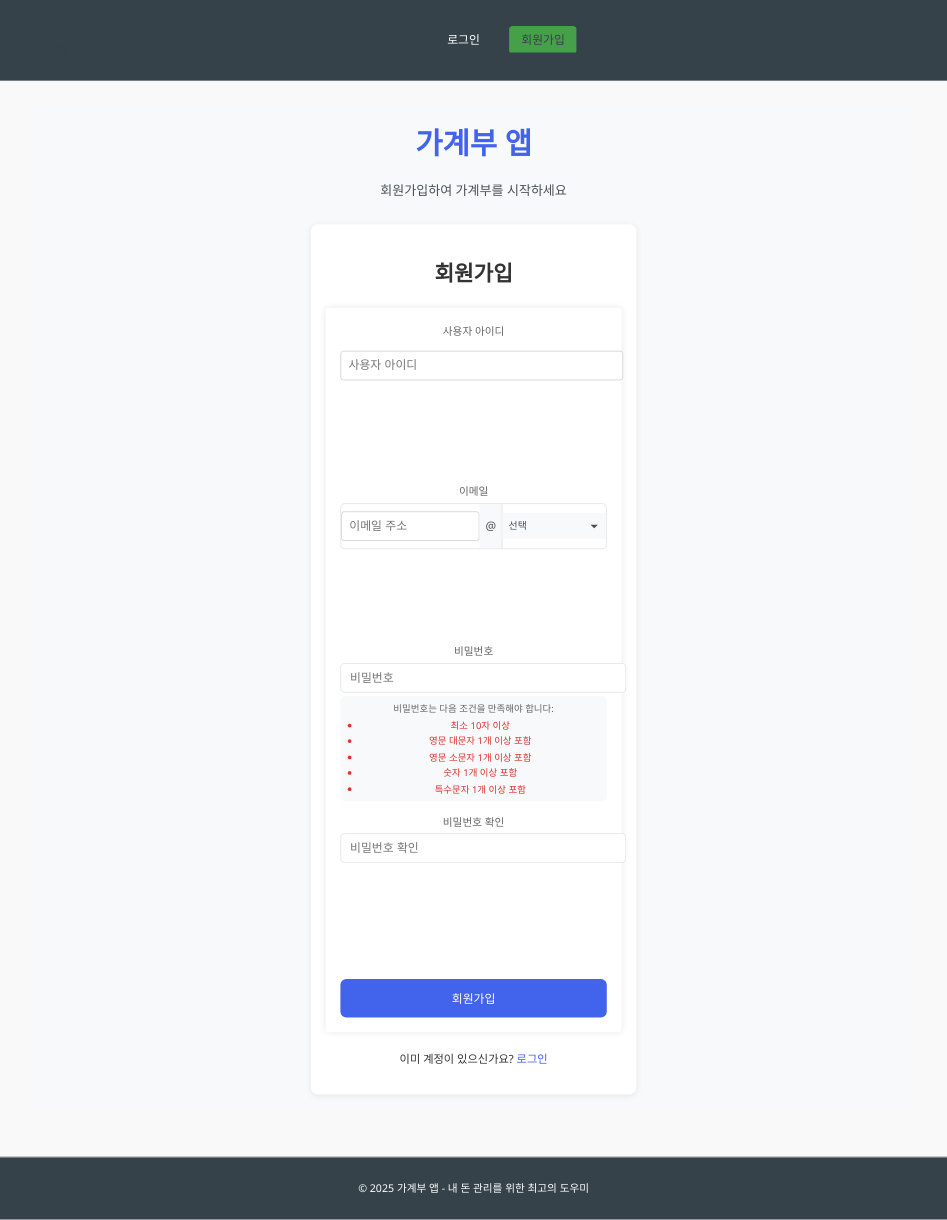
Repository: dldnwls07/Register_Login_Form
Page: /register
An editor plug-in stored every save of this project. The page is shown before and after the next save, followed by the edit.
The browser window is 1280 px wide. The pictures show the whole page, at 74% of full size.
The project was rebuilt for these pictures with package versions that can differ from the ones it lists, and the page was loaded fresh each time. Also part of the build but not shown: src/components/Summary.jsx, src/styles/pages/MainPage.css, src/pages/MainPage.jsx, src/utils/categoryData.js, src/components/CategorySelector.jsx, src/components/EntryForm.jsx, src/components/EntryTable.jsx, src/components/SearchBar.jsx and 15 more.

Above is the page before, as saved 2025-05-23 14:14:49.

### public/index.html
<!DOCTYPE html>
<html lang="en">
<head>
    <meta charset="UTF-8">
    <meta name="viewport" content="width=device-width, initial-scale=1.0">
    <title>My Money App</title>
</head>
<body>
    <div id="root"></div>
</body>
</html>

### src/styles/App.css
/* Added CSS variables for theme */
:root {
  --background-light: #f9f9f9;
  --background-dark: #121212;
  --text-light: #333;
  --text-dark: #eee;
  --primary-color: #35424a;
  --accent-color: #45a049;
  --border-radius: 5px;
  --box-shadow: 0 0 10px rgba(0, 0, 0, 0.1);
}

body {
  font-family: 'Segoe UI', Tahoma, Geneva, Verdana, sans-serif;
  background-color: var(--background-light);
  color: var(--text-light);
  margin: 0;
  padding: 0;
}

.dark body {
  background-color: var(--background-dark);
  color: var(--text-dark);
}

.container {
    width: 80%;
    margin: auto;
    overflow: hidden;
}

header {
    background: #35424a;
    color: #ffffff;
    padding: 10px 0;
    text-align: center;
}

h1 {
    margin: 0;
}

form {
    background: #ffffff;
    padding: 20px;
    border-radius: 5px;
    box-shadow: 0 0 10px rgba(0, 0, 0, 0.1);
}

input[type="text"],
input[type="number"] {
    width: 100%;
    padding: 10px;
    margin: 10px 0;
    border: 1px solid #ccc;
    border-radius: 4px;
}

button {
    background: #35424a;
    color: #ffffff;
    border: none;
    padding: 10px 15px;
    border-radius: 5px;
    cursor: pointer;
}

button:hover {
    background: #45a049;
}

.table {
    width: 100%;
    margin-top: 20px;
    border-collapse: collapse;
}

.table th,
.table td {
    border: 1px solid #ddd;
    padding: 8px;
}

.table th {
    background-color: #35424a;
    color: white;
}

.summary {
    background: #ffffff;
    padding: 20px;
    border-radius: 5px;
    box-shadow: 0 0 10px rgba(0, 0, 0, 0.1);
    margin-top: 20px;
}

.pie-chart {
    margin-top: 20px;
}

/* Added media query for responsiveness */
@media (max-width: 768px) {
  .entry-form {
    flex-direction: column;
  }
}

/* 앱 레이아웃 스타일 */
.App {
  display: flex;
  flex-direction: column;
  min-height: 100vh;
}

.App-header {
  background-color: var(--primary-color);
  color: white;
  padding: 1rem 0;
  text-align: center;
}

.App-content {
  flex: 1;
  padding: 2rem;
  max-width: 1200px;
  margin: 0 auto;
  width: 100%;
}

.App-footer {
  background-color: var(--primary-color);
  color: white;
  text-align: center;
  padding: 1rem 0;
  margin-top: 2rem;
}

/* 네비게이션 스타일 */
.main-navigation {
  background-color: var(--primary-color);
  padding: 0.5rem 0;
}

.nav-links {
  display: flex;
  justify-content: center;
  gap: 1.5rem;
  padding: 0;
  margin: 0;
}

.nav-links a {
  color: white;
  text-decoration: none;
  padding: 0.5rem 1rem;
  border-radius: var(--border-radius);
  transition: background-color 0.3s;
}

.nav-links a:hover, .nav-links a.active {
  background-color: var(--accent-color);
}

/* 카드 스타일 */
.navigation-links {
  display: grid;
  grid-template-columns: repeat(auto-fit, minmax(300px, 1fr));
  gap: 2rem;
  margin-top: 2rem;
}

.nav-card {
  background-color: white;
  padding: 1.5rem;
  border-radius: var(--border-radius);
  box-shadow: var(--box-shadow);
  transition: transform 0.3s, box-shadow 0.3s;
}

.nav-card:hover {
  transform: translateY(-5px);
  box-shadow: 0 10px 20px rgba(0, 0, 0, 0.15);
}

.nav-link {
  text-decoration: none;
  color: var(--text-light);
}

/* 페이지 스타일 */
.main-page, .spending-page, .goal-page, .analysis-page {
  padding: 1rem 0;
}

.back-link {
  margin-bottom: 2rem;
}

.back-link a {
  color: var(--primary-color);
  text-decoration: none;
  display: flex;
  align-items: center;
  gap: 0.5rem;
}

.back-link a:hover {
  text-decoration: underline;
}

/* 콘텐츠 레이아웃 */
.spending-content, .goal-content, .analysis-content {
  display: grid;
  grid-template-columns: 1fr;
  gap: 2rem;
}

@media (min-width: 768px) {
  .spending-content, .goal-content, .analysis-content {
    grid-template-columns: repeat(2, 1fr);
  }
}

### src/pages/auth/RegisterPage.jsx
import React from 'react';
import { useNavigate } from 'react-router-dom';
import RegisterForm from '../../components/RegisterForm';
import '../../styles/pages/AuthPage.css';

const RegisterPage = () => {
  const navigate = useNavigate();

  const handleRegisterSuccess = () => {
    navigate('/login', {
      state: { message: '회원가입에 성공했습니다. 로그인해주세요.' }
    });
  };

  return (
    <div className="auth-page">
      <div className="auth-container">
        <h1>가계부 앱</h1>
        <p className="auth-description">회원가입하여 가계부를 시작하세요</p>
        <RegisterForm onRegisterSuccess={handleRegisterSuccess} />
      </div>
    </div>
  );
};

export default RegisterPage;

### src/components/Navigation.jsx
import React from 'react';
import { Link, useLocation } from 'react-router-dom';
import { useAuth } from '../hooks/useAuth';

const Navigation = () => {
  const location = useLocation();
  const { user } = useAuth();

  return (
    <nav className="main-navigation">
      <ul className="nav-links">
        {user ? (
          // 로그인된 사용자용 메뉴
          <>
            <li>
              <Link to="/" className={location.pathname === '/' ? 'active' : ''}>
                대시보드
              </Link>
            </li>
            <li>
              <Link to="/spending" className={location.pathname === '/spending' ? 'active' : ''}>
                지출 관리
              </Link>
            </li>
            <li>
              <Link to="/goal" className={location.pathname === '/goal' ? 'active' : ''}>
                목표 설정
              </Link>
            </li>
            <li>
              <Link to="/analysis" className={location.pathname === '/analysis' ? 'active' : ''}>
                지출 분석
              </Link>
            </li>
            <li>
              <Link to="/profile" className={location.pathname === '/profile' ? 'active' : ''}>
                프로필
              </Link>
            </li>
          </>
        ) : (
          // 로그인되지 않은 사용자용 메뉴
          <>
            <li>
              <Link to="/login" className={location.pathname === '/login' ? 'active' : ''}>
                로그인
              </Link>
            </li>
            <li>
              <Link to="/register" className={location.pathname === '/register' ? 'active' : ''}>
                회원가입
              </Link>
            </li>
          </>
        )}
      </ul>
    </nav>
  );
};

export default Navigation;

### src/styles/Common.css
/* 공통 스타일 - 네비게이션, 헤더, 푸터 등 공통 요소 디자인 */

:root {
  --primary-color: #2D7FF9;
  --accent-color: #00D1D1;
  --text-color: #333333;
  --text-light: #666666;
  --background-color: #F5F7FC;
  --card-background: #FFFFFF;
  --border-radius: 16px;
  --box-shadow: 0 2px 10px rgba(0, 0, 0, 0.05);
  --hover-shadow: 0 10px 20px rgba(0, 0, 0, 0.1);
  --transition: 0.2s ease;
}

body {
  font-family: 'Pretendard', -apple-system, BlinkMacSystemFont, system-ui, Roboto, 'Helvetica Neue', 'Segoe UI', sans-serif;
  background-color: var(--background-color);
  color: var(--text-color);
  margin: 0;
  padding: 0;
  line-height: 1.6;
}

/* 앱 레이아웃 */
.App {
  display: flex;
  flex-direction: column;
  min-height: 100vh;
}

/* 헤더 스타일 */
.App-header {
  background-color: var(--card-background);
  box-shadow: 0 1px 5px rgba(0, 0, 0, 0.03);
  padding: 1.25rem 0;
  position: sticky;
  top: 0;
  z-index: 100;
}

.header-container {
  display: flex;
  flex-direction: column;
  align-items: center;
  max-width: 1200px;
  margin: 0 auto;
  padding: 0 1.5rem;
}

@media (min-width: 768px) {
  .header-container {
    flex-direction: row;
    justify-content: space-between;
  }
}

.App-header h1 {
  font-size: 1.5rem;
  font-weight: 700;
  color: var(--primary-color);
  margin: 0;
}

/* 메인 컨텐츠 스타일 */
.App-content {
  flex: 1;
  max-width: 1200px;
  margin: 0 auto;
  width: 100%;
  padding: 2rem 1.5rem;
}

/* 푸터 스타일 */
.App-footer {
  background-color: var(--card-background);
  padding: 1.5rem 0;
  margin-top: 3rem;
  text-align: center;
  font-size: 0.9rem;
  color: var(--text-light);
  border-top: 1px solid #eaeaea;
}

/* 네비게이션 스타일 */
.main-navigation {
  width: 100%;
  display: flex;
  justify-content: center;
  margin-top: 1rem;
}

@media (min-width: 768px) {
  .main-navigation {
    margin-top: 0;
  }
}

.nav-links {
  display: flex;
  gap: 1.5rem;
  padding: 0;
  margin: 0;
  list-style: none;
}

.nav-links a {
  color: var(--text-light);
  text-decoration: none;
  font-size: 1rem;
  font-weight: 500;
  padding: 0.5rem;
  transition: color var(--transition);
  position: relative;
}

.nav-links a:before {
  content: '';
  position: absolute;
  bottom: 0;
  left: 0;
  width: 0;
  height: 2px;
  background-color: var(--primary-color);
  transition: width var(--transition);
}

.nav-links a:hover, .nav-links a.active {
  color: var(--primary-color);
}

.nav-links a:hover:before, .nav-links a.active:before {
  width: 100%;
}

### src/styles/pages/AuthPage.css
/* 인증 페이지 스타일 */
.auth-page {
  display: flex;
  justify-content: center;
  align-items: center;
  min-height: 100vh;
  background-color: #f8f9fa;
}

.auth-container {
  width: 100%;
  max-width: 500px;
  padding: 20px;
  text-align: center;
}

.auth-page h1 {
  font-size: 2.5rem;
  margin-bottom: 0.5rem;
  color: #4263eb;
  font-weight: 700;
}

.auth-description {
  font-size: 1.1rem;
  color: #495057;
  margin-bottom: 2rem;
}

/* 반응형 조정 */
@media (max-width: 576px) {
  .auth-container {
    padding: 15px;
  }

  .auth-page h1 {
    font-size: 2rem;
  }

  .auth-description {
    font-size: 1rem;
  }
}

### src/styles/components/GoalSetter.css
/* GoalSetter 컴포넌트 스타일 */
.goal-setter {
  background-color: #fff;
  border-radius: 12px;
  padding: 24px;
  box-shadow: 0 2px 8px rgba(0, 0, 0, 0.08);
  margin-bottom: 24px;
}

.goal-setter h2 {
  font-size: 1.5rem;
  margin-bottom: 20px;
  color: #333;
  font-weight: 600;
}

.goal-form {
  margin-bottom: 24px;
  display: flex;
  flex-wrap: wrap;
  gap: 16px;
}

.form-group {
  flex: 1 1 200px;
  margin-bottom: 16px;
}

.form-group label {
  display: block;
  font-size: 0.9rem;
  margin-bottom: 6px;
  color: #666;
  font-weight: 500;
}

.form-group input {
  width: 100%;
  padding: 12px 16px;
  border: 1px solid #e0e0e0;
  border-radius: 8px;
  font-size: 1rem;
  transition: border 0.2s;
}

.form-group input:focus {
  border-color: #4263eb;
  outline: none;
}

.input-with-icon {
  position: relative;
}

.input-with-icon input {
  padding-right: 40px;
}

.currency-symbol {
  position: absolute;
  right: 16px;
  top: 50%;
  transform: translateY(-50%);
  color: #888;
}

.goal-submit-button {
  background-color: #4263eb;
  color: white;
  border: none;
  border-radius: 8px;
  padding: 12px 24px;
  font-size: 1rem;
  font-weight: 500;
  cursor: pointer;
  transition: background 0.2s;
}

.goal-submit-button:hover {
  background-color: #3249b1;
}

.goal-status {
  background-color: #f8f9fa;
  border-radius: 8px;
  padding: 20px;
}

.goal-header {
  display: flex;
  justify-content: space-between;
  align-items: center;
  margin-bottom: 16px;
}

.goal-header h3 {
  font-size: 1.2rem;
  font-weight: 500;
  margin: 0;
}

.achievement-toggle {
  display: flex;
  align-items: center;
  gap: 8px;
}

/* 토글 스위치 스타일 */
.switch {
  position: relative;
  display: inline-block;
  width: 48px;
  height: 24px;
}

.switch input {
  opacity: 0;
  width: 0;
  height: 0;
}

.slider {
  position: absolute;
  cursor: pointer;
  top: 0;
  left: 0;
  right: 0;
  bottom: 0;
  background-color: #ccc;
  transition: .4s;
}

.slider:before {
  position: absolute;
  content: "";
  height: 18px;
  width: 18px;
  left: 3px;
  bottom: 3px;
  background-color: white;
  transition: .4s;
}

input:checked + .slider {
  background-color: #4263eb;
}

input:focus + .slider {
  box-shadow: 0 0 1px #4263eb;
}

input:checked + .slider:before {
  transform: translateX(24px);
}

/* 둥근 슬라이더 */
.slider.round {
  border-radius: 34px;
}

.slider.round:before {
  border-radius: 50%;
}

/* 진행바 스타일 */
.progress-bar-container {
  height: 10px;
  background-color: #e9ecef;
  border-radius: 5px;
  overflow: hidden;
  margin-bottom: 8px;
}

.progress-bar {
  height: 100%;
  background-color: #4263eb;
  border-radius: 5px;
  transition: width 0.5s ease-in-out;
}

.progress-bar.exceeded {
  background-color: #e03131;
}

.progress-details {
  display: flex;
  justify-content: space-between;
  align-items: center;
  margin-bottom: 16px;
}

.progress-percentage {
  font-weight: 600;
  color: #333;
  margin: 0;
}

.progress-numbers {
  display: flex;
  justify-content: space-between;
  width: 100%;
  color: #666;
  font-size: 0.9rem;
  margin: 8px 0 0;
}

.goal-status-message {
  padding: 12px;
  border-radius: 6px;
  margin-top: 16px;
}

.goal-status-message.remaining {
  background-color: #e6f4ea;
}

.goal-status-message.exceeded {
  background-color: #fde7e9;
}

.goal-status-message .alert {
  color: #c92a2a;
  display: flex;
  align-items: center;
  gap: 8px;
}

.goal-status-message .success {
  color: #2b8a3e;
  display: flex;
  align-items: center;
  gap: 8px;
}

.goal-status-message .icon {
  font-size: 1.2rem;
}

.no-goal-message {
  text-align: center;
  padding: 24px;
  background-color: #f8f9fa;
  border-radius: 8px;
  color: #666;
}

.no-goal-message p:first-child {
  font-size: 1.1rem;
  font-weight: 500;
  margin-bottom: 8px;
}

@media (max-width: 768px) {
  .goal-form {
    flex-direction: column;
    gap: 12px;
  }

  .goal-header {
    flex-direction: column;
    align-items: flex-start;
    gap: 12px;
  }

  .achievement-toggle {
    width: 100%;
    justify-content: flex-start;
  }
}

### src/styles/components/AuthForm.css
/* 인증 폼 스타일 (로그인/회원가입) */

.auth-form-container {
  max-width: 400px;
  margin: 0 auto;
  padding: 20px;
  background-color: #fff;
  border-radius: 10px;
  box-shadow: 0 2px 10px rgba(0, 0, 0, 0.08);
}

.auth-title {
  font-size: 1.8rem;
  margin-bottom: 24px;
  color: #333;
  font-weight: 600;
  text-align: center;
}

.auth-form {
  display: flex;
  flex-direction: column;
  gap: 0px;
}

.form-group {
  display: flex;
  flex-direction: column;
}

.form-group label {
  font-size: 0.9rem;
  margin-bottom: 4px;
  color: #666;
  font-weight: 500;
}

.form-group input {
  padding: 10px 12px;
  border: 1px solid #e0e0e0;
  border-radius: 6px;
  font-size: 1rem;
  transition: border 0.2s;
}

.form-group input:focus {
  border-color: #4263eb;
  outline: none;
  box-shadow: 0 0 0 2px rgba(66, 99, 235, 0.1);
}

.form-group input[disabled] {
  background-color: #f8f9fa;
  cursor: not-allowed;
}

.input-error {
  color: #e03131;
  font-size: 0.85rem;
  margin-top: 6px;
}

.auth-button {
  background-color: #4263eb;
  color: white;
  border: none;
  border-radius: 8px;
  padding: 14px;
  font-size: 1rem;
  font-weight: 500;
  cursor: pointer;
  margin-top: 8px;
  transition: background 0.2s;
}

.auth-button:hover {
  background-color: #3249b1;
}

.auth-button:disabled {
  background-color: #adb5bd;
  cursor: not-allowed;
}

.auth-button.loading {
  position: relative;
  opacity: 0.8;
}

.auth-button.loading::after {
  content: '';
  position: absolute;
  width: 20px;
  height: 20px;
  top: 50%;
  left: 50%;
  margin-left: -10px;
  margin-top: -10px;
  border: 3px solid rgba(255, 255, 255, 0.3);
  border-radius: 50%;
  border-top-color: #fff;
  animation: spin 1s ease-in-out infinite;
}

@keyframes spin {
  to { transform: rotate(360deg); }
}

.auth-links {
  margin-top: 24px;
  text-align: center;
  font-size: 0.95rem;
}

.auth-links a {
  color: #4263eb;
  text-decoration: none;
  font-weight: 500;
}

.auth-links a:hover {
  text-decoration: underline;
}

.auth-error-message,
.auth-success-message {
  padding: 12px;
  margin-bottom: 20px;
  border-radius: 8px;
  font-size: 0.95rem;
}

.auth-error-message {
  background-color: #fff5f5;
  color: #e03131;
  border-left: 4px solid #e03131;
}

.auth-success-message {
  background-color: #f4fce3;
  color: #2b8a3e;
  border-left: 4px solid #2b8a3e;
}

/* 비밀번호 강도 표시 스타일 */
.password-strength {
  margin-top: 3px;
  margin-bottom: 5px;
}

.strength-meter {
  height: 3px;
  background-color: #e0e0e0;
  border-radius: 2px;
  margin-bottom: 3px;
  position: relative;
  overflow: hidden;
}

.strength-bar {
  height: 100%;
  border-radius: 2px;
  transition: width 0.3s ease;
}

.strength-bar.strength-매우\ 약함 {
  background-color: #ff4d4d;
}

.strength-bar.strength-약함 {
  background-color: #ffa64d;
}

.strength-bar.strength-중간 {
  background-color: #ffdd4d;
}

.strength-bar.strength-강함 {
  background-color: #4cd964;
}

.strength-text {
  font-size: 12px;
  display: block;
}

.strength-text.strength-매우\ 약함 {
  color: #ff4d4d;
}

.strength-text.strength-약함 {
  color: #ffa64d;
}

.strength-text.strength-중간 {
  color: #8a8a8a;
}

.strength-text.strength-강함 {
  color: #4cd964;
}

/* 새로 추가된 스타일 */
.email-group {
  display: flex;
  align-items: center;
  gap: 0;
  border: 1px solid #e0e0e0;
  border-radius: 6px;
  overflow: hidden;
}

.email-prefix {
  flex: 2;
  border: none;
  border-radius: 0;
  border-right: 1px solid #e0e0e0;
}

.email-at {
  padding: 0 8px;
  background-color: #f8f9fa;
  color: #495057;
  font-weight: 500;
  display: flex;
  align-items: center;
  height: 100%;
  border-right: 1px solid #e0e0e0;
}

.email-domain {
  flex: 1.5;
  border: none;
  border-radius: 0;
  padding: 10px 8px;
  background-color: #f8f9fa;
  color: #495057;
  -webkit-appearance: none;
  -moz-appearance: none;
  appearance: none;
  background-image: url("data:[embedded picture, 161 characters]");
  background-repeat: no-repeat;
  background-position: right 10px center;
}

.custom-domain {
  margin-top: 8px;
}

.custom-domain input {
  width: 100%;
  border-radius: 6px;
}

.password-input-container {
  position: relative;
  display: flex;
  align-items: center;
}

.password-input-container input {
  width: 100%;
}

.toggle-password-btn {
  position: absolute;
  right: 10px;
  top: 50%;
  transform: translateY(-50%);
  background: none;
  border: none;
  color: #666;
  font-size: 0.85rem;
  cursor: pointer;
  padding: 3px 6px;
  border-radius: 3px;
}

.toggle-password-btn:hover {
  background-color: #f1f3f5;
}

.input-error-field {
  border-color: #e03131 !important;
}

.password-policy {
  font-size: 0.8rem;
  color: #666;
  margin-top: 5px;
  padding: 6px 8px;
  background-color: #f8f9fa;
  border-radius: 6px;
}

.password-policy p {
  margin-top: 0;
  margin-bottom: 3px;
  font-weight: 500;
}

.password-policy ul {
  margin: 0;
  padding-left: 18px;
}

.password-policy li {
  margin-bottom: 1px;
}

.password-policy li.met {
  color: #2b8a3e;
}

.password-policy li.not-met {
  color: #e03131;
}

.form-options {
  display: flex;
  justify-content: space-between;
  align-items: center;
  margin: 15px 0;
  font-size: 0.9rem;
}

.remember-me {
  display: flex;
  align-items: center;
}

.remember-me input[type="checkbox"] {
  margin-right: 5px;
}

.forgot-password-link {
  color: #5c7cfa;
  text-decoration: none;
}

.forgot-password-link:hover {
  text-decoration: underline;
}

.auth-warning-message {
  margin-top: 12px;
  padding: 8px;
  border-radius: 6px;
  background-color: #fff9db;
  color: #f08c00;
  font-size: 0.85rem;
  border-left: 3px solid #f08c00;
}

/* 반응형 */
@media (max-width: 480px) {
  .auth-form-container {
    padding: 20px;
    border-radius: 8px;
  }

  .auth-title {
    font-size: 1.5rem;
    margin-bottom: 20px;
  }
}

Loaded but not shown: src/utils/authService.js (592 lines, source omitted); src/utils/authUtils.js (248 lines, source omitted); src/utils/browserDBService2.js (196 lines, source omitted); src/utils/cryptoUtils.js (175 lines, source omitted); src/utils/browserDBService.js (137 lines, source omitted); src/utils/browserDBService3.js (78 lines, source omitted); src/utils/storageKeys.js (68 lines, source omitted); src/utils/localStorageUtil.js (43 lines, source omitted); src/utils/dbServiceWrapper.js (25 lines, source omitted); src/index.js (12 lines, source omitted); src/hooks/useAuth.js (14 lines, source omitted); src/components/RegisterForm.jsx (345 lines, source omitted); src/App.jsx (208 lines, source omitted); src/styles/pages/ProfilePage.css (373 lines, source omitted); src/context/AuthContext.jsx (170 lines, source omitted)

After the next save:
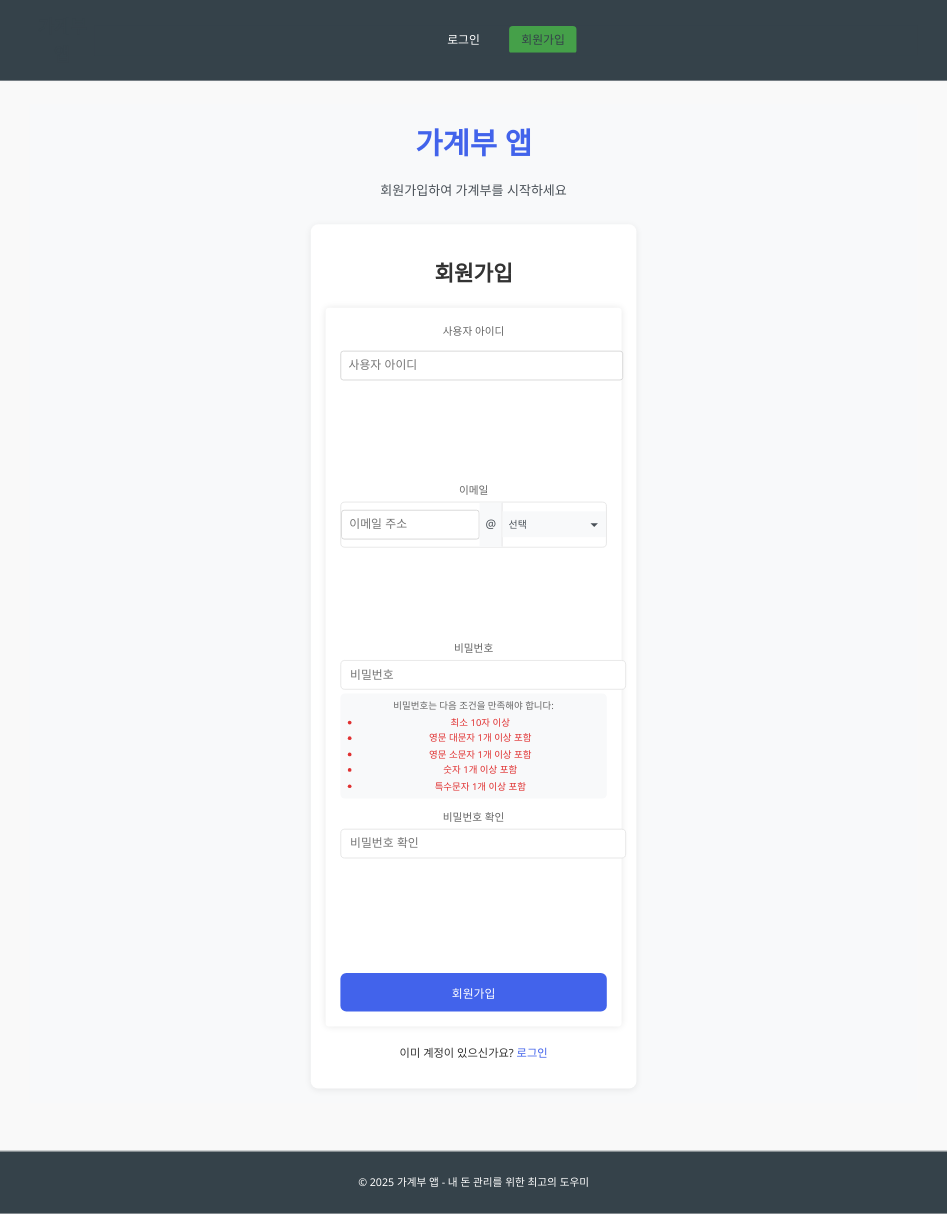
Saved 15 s later.
--- a/src/styles/components/AuthForm.css
+++ b/src/styles/components/AuthForm.css
@@ -20,12 +20,13 @@
 .auth-form {
   display: flex;
   flex-direction: column;
-  gap: 0px;
+  gap: 14px;
 }
 
 .form-group {
   display: flex;
   flex-direction: column;
+  margin-bottom: 0;
 }
 
 .form-group label {
